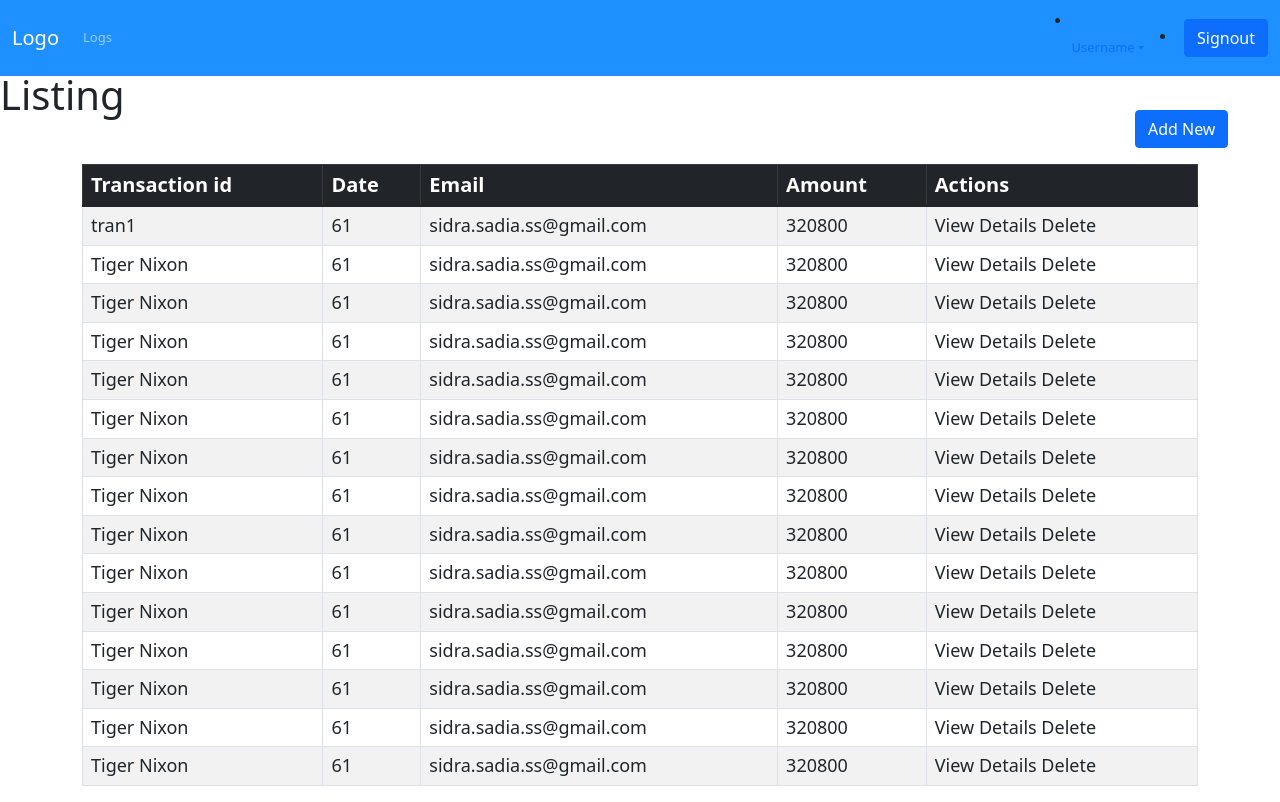
Repository: Sadia-Naveed-Shaikh/JavaScript-Website
Page: src/Listing.html
An editor plug-in stored every save of this project. The page is shown before and after the next save, followed by the edit.
The browser window is 1280 px wide. The pictures show the whole page.
Some web libraries are served in a nearby version.

Above is the page before, as saved 2021-10-28 17:29:52.

### src/Listing.html
<!DOCTYPE html>

<html>

<head>
    <title>Listing</title>
    <meta charset="utf-8">
    <meta name="viewport" content="width=device-width, initial-scale=1">
    <link href="https://cdn.jsdelivr.net/npm/bootstrap@5.1.1/dist/css/bootstrap.min.css" rel="stylesheet">
    <script src="https://cdn.jsdelivr.net/npm/bootstrap@5.1.1/dist/js/bootstrap.bundle.min.js"></script>
    <script src="https://kit.fontawesome.com/2246d8fd03.js" crossorigin="anonymous"></script>
</head>

<style>
    body {
        font-size: small;
    }

    th{
        font-size: 20px;
    }
    tr,
    td {
        font-size: 18px;
    }

    .modal-body {
        font-size: 18px;
    }
</style>

<body>

    <nav class="navbar navbar-expand-sm  navbar-dark fixed-top" style="background-color: dodgerblue;">
        <div class="container-fluid" style="background-color: dodgerblue; height:60px">
            <a class="navbar-brand" href="#">Logo</a>
            <button class="navbar-toggler" type="button" data-bs-toggle="collapse" data-bs-target="#collapsibleNavbar">
                <span class="navbar-toggler-icon"></span>
            </button>
            <div class="collapse navbar-collapse" id="collapsibleNavbar">
                <ul class="navbar-nav">
                    <li class="nav-item">
                        <a class="nav-link" href="#">Logs</a>
                    </li>


                </ul>

            </div>
            <!-- <form class="d-flex">
            <input class="form-control me-2" type="text" placeholder="Search">
            <button class="btn btn-primary" type="button">Search</button>
        </form> -->

            <!-- Button to Open the Modal -->
            <li class="nav-item dropdown">
                <a class="nav-link dropdown-toggle" href="#" role="button" data-bs-toggle="dropdown">Username</a>
                <ul class="dropdown-menu">
                    <li><a class="dropdown-item" href="Profile.html">View Profile</a></li>
                    <li><a class="dropdown-item" href="forgetPassword.html">Change Password</a></li>
                </ul>
            <li class="nav-item dropdown">
                <button type="button" class="btn btn-primary" style="margin-left: 5px">
                    Signout
                </button>
        </div>
    </nav>
    <div style="margin-top: 50px;">
        <h1>
            Listing
            <button type="button" class="btn btn-primary" data-bs-toggle="modal" data-bs-target="#myModal"
                style="margin-left: 1000px; margin-top: 60px;">
                Add New
            </button>

            <div class="modal fade" id="myModal">
                <div class="modal-dialog modal-dialog-centered  modal-dialog-scrollable">
                    <div class="modal-content">

                        <!-- Modal Header -->
                        <div class="modal-header">
                            <h4 class="modal-title">Add New Transaction</h4>
                            <button type="button" class="btn-close" data-bs-dismiss="modal"></button>
                        </div>

                        <!-- Modal body -->
                        <div class="modal-body">

                            <form action="/action_page.php" class="was-validated">
                                <div class="mb-3 mt-3">
                                    <label for="uname" class="form-label">ID:</label>
                                    <input type="text" class="form-control" id="uname" placeholder="Enter username"
                                        name="uname" required>
                                    <div class="valid-feedback">Valid.</div>
                                    <div class="invalid-feedback">Please fill out this field.</div>
                                </div>
                                <div class="mb-3">
                                    <label for="pwd" class="form-label">Transation Id:</label>
                                    <input type="password" class="form-control" id="pwd" placeholder="Enter password"
                                        name="pswd" required>
                                    <div class="valid-feedback">Valid.</div>
                                    <div class="invalid-feedback">Please fill out this field.</div>
                                </div>
                                <div class="mb-3">
                                    <label for="pwd" class="form-label">Name:</label>
                                    <input type="password" class="form-control" id="pwd" placeholder="Enter password"
                                        name="pswd" required>
                                    <div class="valid-feedback">Valid.</div>
                                    <div class="invalid-feedback">Please fill out this field.</div>
                                </div>
                                <div class="mb-3">
                                    <label for="pwd" class="form-label">Date:</label>
                                    <input type="password" class="form-control" id="pwd" placeholder="Enter password"
                                        name="pswd" required>
                                    <div class="valid-feedback">Valid.</div>
                                    <div class="invalid-feedback">Please fill out this field.</div>
                                </div>
                                <div class="mb-3">
                                    <label for="pwd" class="form-label">Amount:</label>
                                    <input type="password" class="form-control" id="pwd" placeholder="Enter password"
                                        name="pswd" required>
                                    <div class="valid-feedback">Valid.</div>
                                    <div class="invalid-feedback">Please fill out this field.</div>
                                </div>
                                <div class="mb-3">
                                    <label for="pwd" class="form-label">Currency:</label>
                                    <input type="password" class="form-control" id="pwd" placeholder="Enter password"
                                        name="pswd" required>
                                    <div class="valid-feedback">Valid.</div>
                                    <div class="invalid-feedback">Please fill out this field.</div>
                                </div>


                                <button type="submit" class="btn btn-primary">Submit</button>
                            </form>

                        </div>

                        <!-- Modal footer -->
                        <div class="modal-footer">
                            <button type="button" class="btn btn-danger" data-bs-dismiss="modal">Close</button>
                        </div>

                    </div>
                </div>
            </div>

            <div class="container mt-3 table-wrapper-scroll-y my-custom-scrollbar">
                <table class="table table-bordered table-striped">
                    <thead class="table-dark">
                        <tr>
                            <th>Transaction id</th>
                            <th>Date</th>
                            <th>Email</th>
                            <th>Amount</th>
                            <th>Actions</th>
                        </tr>
                    </thead>
                    <tbody id='tableContents'>
                    </tbody>
                </table>
            </div>
    </div>
    <script>
        var record;
        var myObj;
        var xhr = new XMLHttpRequest();
        xhr.open("GET", "transaction.json", true);
        xhr.onload = function () {
            record = xhr.responseText;
            myObj = JSON.parse(record);
            var table = document.getElementById('tableContents');
             tableContents = '<tr><td>' + myObj[0].tran_id + '</td><td>' + myObj[0].date + '</td><td>' + myObj[0].email + '</td><td>' + myObj[0].amount + '</td><td>' +  "View Details  Delete" + '</td></tr>';
            for (let i = 1; i < myObj.length; i++) {
                tableContents += '<tr><td>' + myObj[i].tran_id + '</td><td>' + myObj[i].date + '</td><td>' + myObj[i].email + '</td><td>' + myObj[i].amount + '</td><td>' +"View Details Delete" + '</td></tr>';
            }
            table.innerHTML = tableContents;
        };
        xhr.send();

    </script>

    </div>
    </h1>
</body>


</html>

### src/transaction.json
[
    {
        "id": 1,
        "tran_id": "tran1",
        "name": "xyz",
        "email": "sidra.sadia.ss@gmail.com",
        "date": 61,
        "amount": "320800",
        "currency": "",
        "key8": "",
        "key9": "",
        "key10": "",
        "key11": "",
        "key12":"",
        "key13":"",
        "key14":"",
        "key15":""
    },
    {
        "id": 1,
        "tran_id": "Tiger Nixon",
        "name": 320800,
        "email": "sidra.sadia.ss@gmail.com",
        "date": 61,
        "amount": "320800",
        "currency": "",
        "key8": "",
        "key9": "",
        "key10": "",
        "key11": "",
        "key12": "",
        "key13": "",
        "key14": "",
        "key15": ""
    },
    {
        "id": 1,
        "tran_id": "Tiger Nixon",
        "name": 320800,
        "email": "sidra.sadia.ss@gmail.com",
        "date": 61,
        "amount": "320800",
        "currency": "",
        "key8": "",
        "key9": "",
        "key10": "",
        "key11": "",
        "key12": "",
        "key13": "",
        "key14": "",
        "key15": ""
    },
    {
        "id": 1,
        "tran_id": "Tiger Nixon",
        "name": 320800,
        "email": "sidra.sadia.ss@gmail.com",
        "date": 61,
        "amount": "320800",
        "currency": "",
        "key8": "",
        "key9": "",
        "key10": "",
        "key11": "",
        "key12": "",
        "key13": "",
        "key14": "",
        "key15": ""
    },
    {
        "id": 1,
        "tran_id": "Tiger Nixon",
        "name": 320800,
        "email": "sidra.sadia.ss@gmail.com",
        "date": 61,
        "amount": "320800",
        "currency": "",
        "key8": "",
        "key9": "",
        "key10": "",
        "key11": "",
        "key12": "",
        "key13": "",
        "key14": "",
        "key15": ""
    },
    {
        "id": 1,
        "tran_id": "Tiger Nixon",
        "name": 320800,
        "email": "sidra.sadia.ss@gmail.com",
        "date": 61,
        "amount": "320800",
        "currency": "",
        "key8": "",
        "key9": "",
        "key10": "",
        "key11": "",
        "key12": "",
        "key13": "",
        "key14": "",
        "key15": ""
    },
    {
        "id": 1,
        "tran_id": "Tiger Nixon",
        "name": 320800,
        "email": "sidra.sadia.ss@gmail.com",
        "date": 61,
        "amount": "320800",
        "currency": "",
        "key8": "",
        "key9": "",
        "key10": "",
        "key11": "",
        "key12": "",
        "key13": "",
        "key14": "",
        "key15": ""
    },
    {
        "id": 1,
        "tran_id": "Tiger Nixon",
        "name": 320800,
        "email": "sidra.sadia.ss@gmail.com",
        "date": 61,
        "amount": "320800",
        "currency": "",
        "key8": "",
        "key9": "",
        "key10": "",
        "key11": "",
        "key12": "",
        "key13": "",
        "key14": "",
        "key15": ""
    },
    {
        "id": 1,
        "tran_id": "Tiger Nixon",
        "name": 320800,
        "email": "sidra.sadia.ss@gmail.com",
        "date": 61,
        "amount": "320800",
        "currency": "",
        "key8": "",
        "key9": "",
        "key10": "",
        "key11": "",
        "key12": "",
        "key13": "",
        "key14": "",
        "key15": ""
    },
    {
        "id": 1,
        "tran_id": "Tiger Nixon",
        "name": 320800,
        "email": "sidra.sadia.ss@gmail.com",
        "date": 61,
        "amount": "320800",
        "currency": "",
        "key8": "",
        "key9": "",
        "key10": "",
        "key11": "",
        "key12": "",
        "key13": "",
        "key14": "",
        "key15": ""
    },
    {
        "id": 1,
        "tran_id": "Tiger Nixon",
        "name": 320800,
        "email": "sidra.sadia.ss@gmail.com",
        "date": 61,
        "amount": "320800",
        "currency": "",
        "key8": "",
        "key9": "",
        "key10": "",
        "key11": "",
        "key12": "",
        "key13": "",
        "key14": "",
        "key15": ""
    },
    {
        "id": 1,
        "tran_id": "Tiger Nixon",
        "name": 320800,
        "email": "sidra.sadia.ss@gmail.com",
        "date": 61,
        "amount": "320800",
        "currency": "",
        "key8": "",
        "key9": "",
        "key10": "",
        "key11": "",
        "key12": "",
        "key13": "",
        "key14": "",
        "key15": ""
    },
    {
        "id": 1,
        "tran_id": "Tiger Nixon",
        "name": 320800,
        "email": "sidra.sadia.ss@gmail.com",
        "date": 61,
        "amount": "320800",
        "currency": "",
        "key8": "",
        "key9": "",
        "key10": "",
        "key11": "",
        "key12": "",
        "key13": "",
        "key14": "",
        "key15": ""
    },
    {
        "id": 1,
        "tran_id": "Tiger Nixon",
        "name": 320800,
        "email": "sidra.sadia.ss@gmail.com",
        "date": 61,
        "amount": "320800",
        "currency": "",
        "key8": "",
        "key9": "",
        "key10": "",
        "key11": "",
        "key12": "",
        "key13": "",
        "key14": "",
        "key15": ""
    },
    {
        "id": 1,
        "tran_id": "Tiger Nixon",
        "name": 320800,
        "email": "sidra.sadia.ss@gmail.com",
        "date": 61,
        "amount": "320800",
        "currency": "",
        "key8": "",
        "key9": "",
        "key10": "",
        "key11": "",
        "key12": "",
        "key13": "",
        "key14": "",
        "key15": ""
    }

]

After the next save:
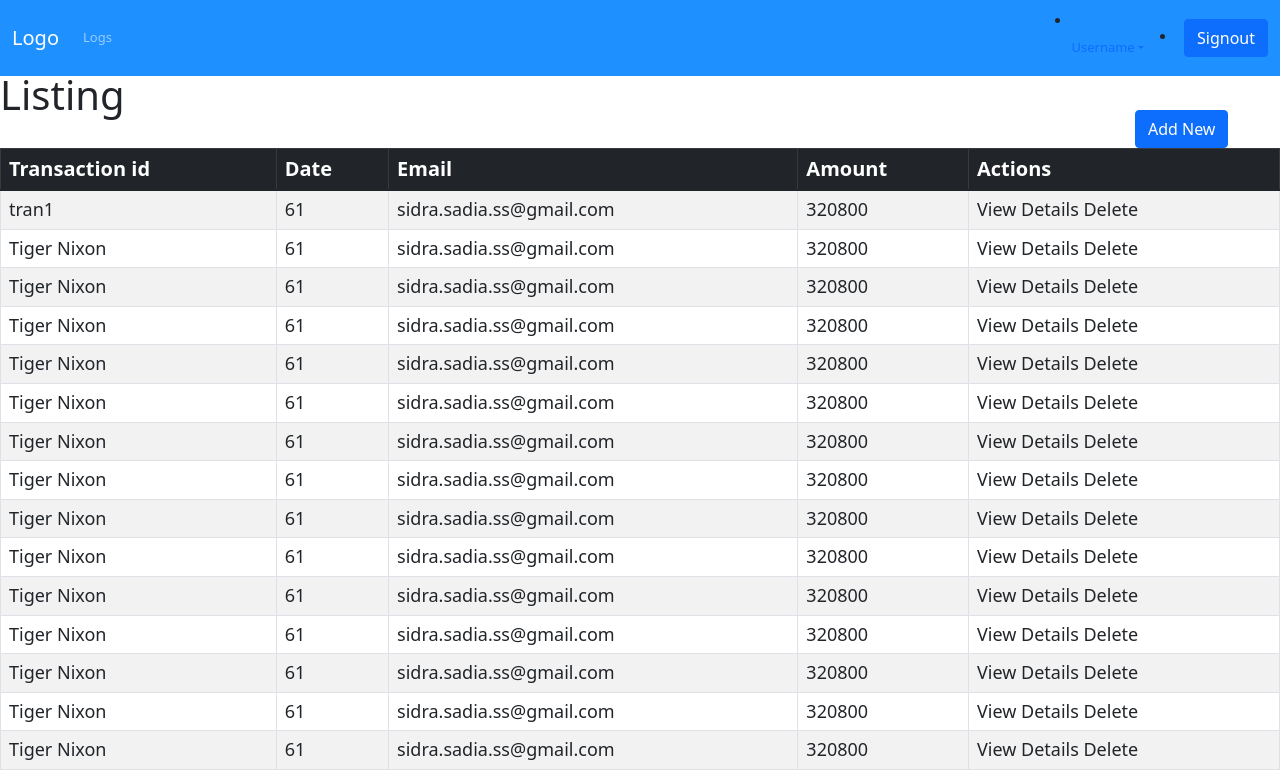
Saved 2 min 39 s later.
--- a/src/Listing.html
+++ b/src/Listing.html
@@ -145,8 +145,9 @@
                 </div>
             </div>
 
-            <div class="container mt-3 table-wrapper-scroll-y my-custom-scrollbar">
-                <table class="table table-bordered table-striped">
+        <div class="table-wrapper-scroll-y my-custom-scrollbar">
+
+            <table class="table table-bordered table-striped mb-0">
                     <thead class="table-dark">
                         <tr>
                             <th>Transaction id</th>

After the save that followed:
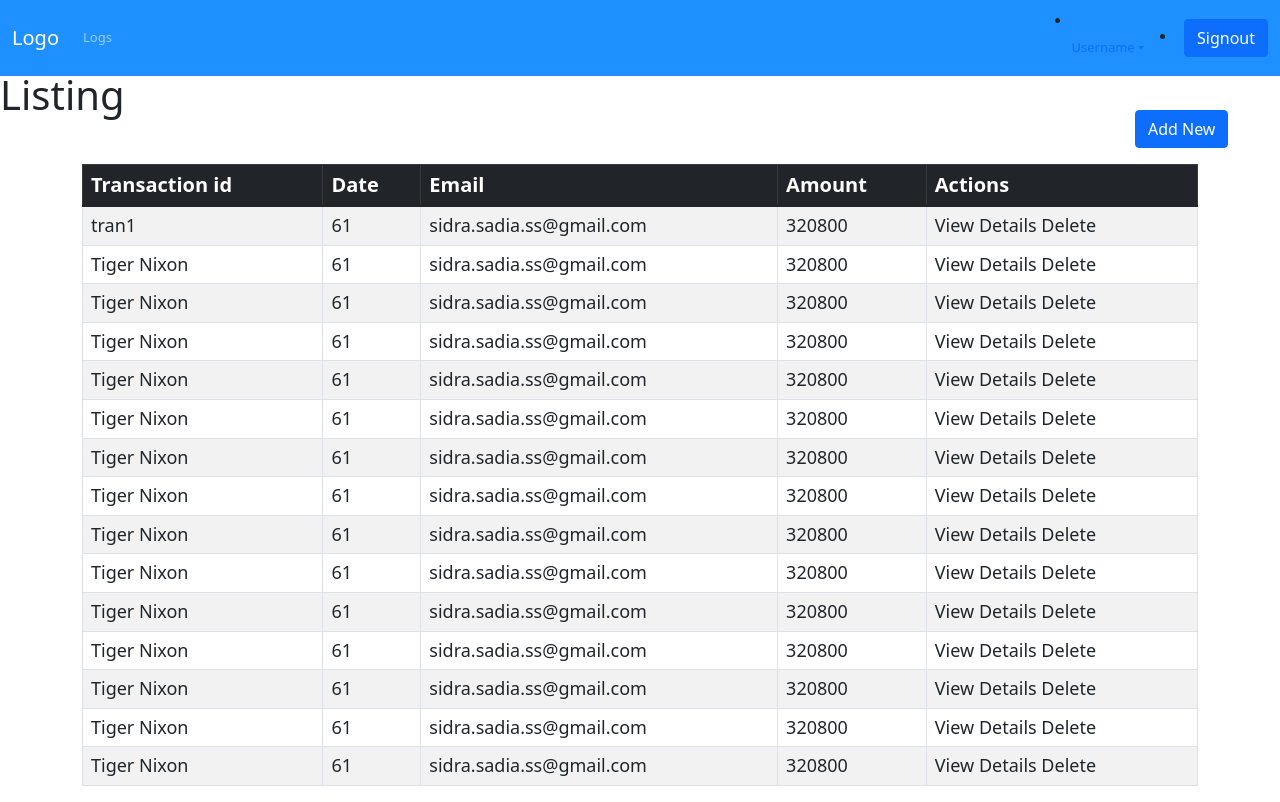
Saved 10 s later.
--- a/src/Listing.html
+++ b/src/Listing.html
@@ -145,9 +145,8 @@
                 </div>
             </div>
 
-        <div class="table-wrapper-scroll-y my-custom-scrollbar">
-
-            <table class="table table-bordered table-striped mb-0">
+            <div class="container mt-3 table-wrapper-scroll-y my-custom-scrollbar">
+                <table class="table table-bordered table-striped">
                     <thead class="table-dark">
                         <tr>
                             <th>Transaction id</th>
